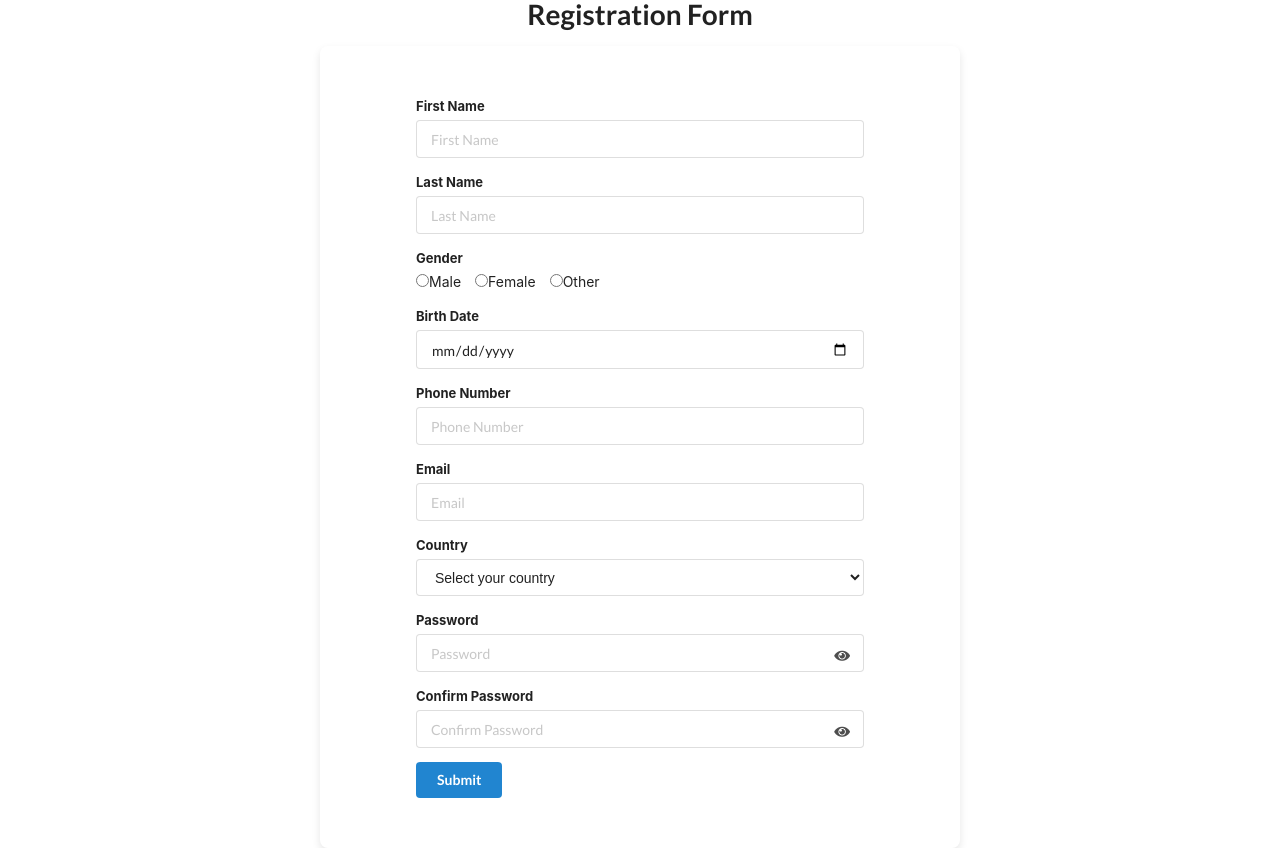
Repository: Wahid137/registration-form
Page: /
These files come from the project's save history. The page is drawn as it stood at one moment and after the next save; the edit follows.
The browser window is 1280 px wide. The pictures show the whole page.
The project was rebuilt for these pictures with package versions that can differ from the ones it lists, and the page was loaded fresh each time. Also part of the build but not shown: src/App.css.

Above is the page before, as saved 2024-05-01 14:31:28.

After the next save:
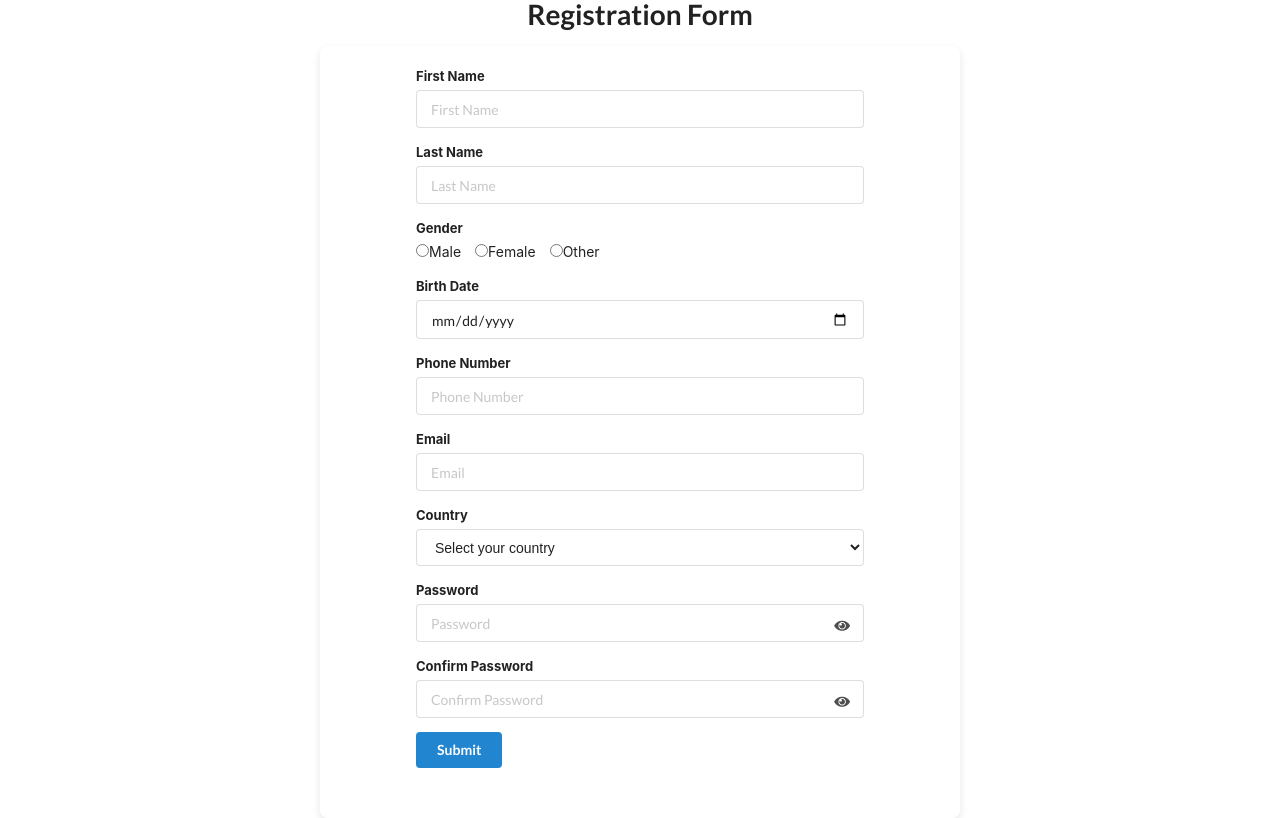
Saved 7 s later.
--- a/src/components/Register.js
+++ b/src/components/Register.js
@@ -117,7 +117,7 @@ const Register = () => {
                 display: "flex",
                 width: "50%",
                 justifyContent: "center",
-                paddingTop: "50px",
+                paddingTop: "20px",
                 paddingBottom: "50px",
                 boxShadow: "0 4px 8px rgba(0,0,0,0.1)",
                 borderRadius: "8px",
